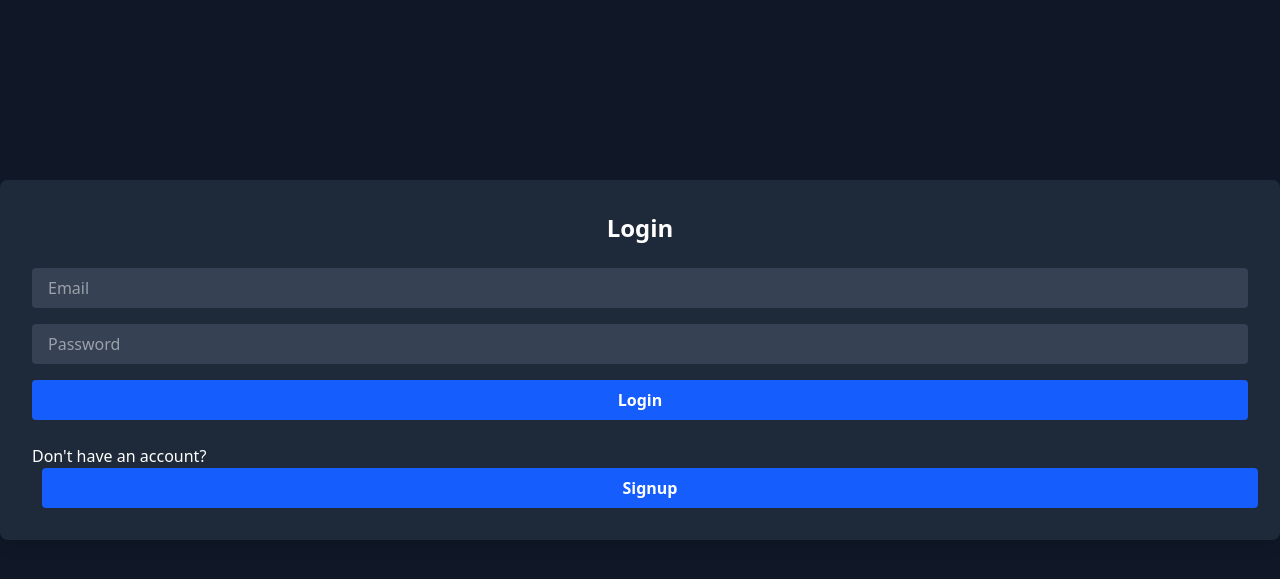
Repository: Reno-mathews/Study-Planner-MERN
Page: / (app in client/)
These files come from the project's save history. The page is drawn as it stood at one moment and after the next save; the edit follows.
The browser window is 1280 px wide. The pictures show the whole page.
The project was rebuilt for these pictures with package versions that can differ from the ones it lists, and the page was loaded fresh each time. Also part of the build but not shown: client/vite.config.js, client/src/components/TaskCard.jsx, client/src/components/TaskList.jsx, client/src/components/SearchBar.jsx, client/src/components/ProgressBar.jsx, client/src/components/AddTaskForm.jsx, client/src/components/SortDropdown.jsx.

Above is the page before, as saved 2026-01-18 15:20:11.

### client/src/App.jsx
import { useEffect, useState } from "react";
import TaskList from "./components/TaskList";
import SearchBar from "./components/SearchBar";
import ProgressBar from "./components/ProgressBar";
import AddTaskForm from "./components/AddTaskForm";
import SortDropdown from "./components/SortDropdown";
import AuthForm from "./components/AuthForm";

function App() {
  const [tasks, setTasks] = useState([]);
  const [newTask, setNewTask] = useState("");
  const [subject, setSubject] = useState("");
  const [filterSubject, setFilterSubject] = useState("All");

  const getToken = () => localStorage.getItem("token");
  const setToken = (token) => localStorage.setItem("token", token);
  const removeToken = () => localStorage.removeItem("token");

  const [email, setEmail] = useState("");
  const [password, setPassword] = useState("");
  const [isLoggedIn, setIsLoggedIn] = useState(!!localStorage.getItem("token"));

  const[isSignup, setIsSignup] = useState(false);

  const [searchQuery, setSearchQuery] = useState("");

  const [sortType, setSortType] = useState("az");

  const [loading, setLoading] = useState(false);

  useEffect(() => {
    if(isLoggedIn) {
    fetchTasks();
    }
  }, [isLoggedIn]);

  const fetchTasks = async () => {
    const token = localStorage.getItem("token");

    if (!token) return;

    try {
    setLoading(true);

    const res = await fetch("http://localhost:5000/api/tasks", {
      headers: {
        Authorization: `Bearer ${token}`,
      },
    });

    if(!res.ok) {
      if (res.status === 401) {
        setIsLoggedIn(false);
        localStorage.removeItem("token");
        return;
      }
      throw new Error("Failed to fetch tasks");
    }
    const data = await res.json();
    setTasks(Array.isArray(data) ? data: []);
  } catch(err) {
    console.error(err);
  } finally {
    setLoading(false);
  }
  };
  const addTask = async (e) => {
    e.preventDefault();

    if(!newTask || !subject) return;

    const token = localStorage.getItem("token");

    const res = await fetch("http://localhost:5000/api/tasks", {
      method: "POST",
      headers: {
        "Content-Type": "application/json",
        Authorization: `Bearer ${token}`,
      },
      body: JSON.stringify({ title: newTask, subject}),
    });

    const data = await res.json();
    setTasks([...tasks, data]);
    setNewTask("");
    setSubject("");
  };

    const toggleComplete = async (id) => {
      const token = localStorage.getItem("token");

      const res = await fetch(`http://localhost:5000/api/tasks/${id}`, {
        method:"PATCH",
        headers: {
          Authorization: `Bearer ${token}`,
        },
      });

      const updatedTask = await res.json();

      setTasks(
        tasks.map((task) =>
        task._id === id ? updatedTask : task
      )
      );
    };

    const deleteTask = async (id) => {
      const token = localStorage.getItem("token");
      await fetch(`http://localhost:5000/api/tasks/${id}`, {
        method: "DELETE",
        headers: {
          Authorization: `Bearer ${token}`,
        },
      });

      setTasks(tasks.filter((task) => task._id !== id));
    };

    const subjects = ["All", ...new Set(tasks.map((task) => task.subject))];

    const filteredTasks = tasks.filter((task) => {
      const matchesSubject =
        filterSubject === "All" || task.subject === filterSubject;

        const matchesSearch = task.title
          .toLowerCase()
          .includes(searchQuery.toLowerCase());

          return matchesSubject && matchesSearch;
});

    const sortedTasks = [...filteredTasks].sort((a, b) => {
      if(sortType === "az") {
        return a.title.localeCompare(b.title);
      } else {
        return b.title.localeCompare(a.title);
      }
    });

      const login = async (e) => {
      e.preventDefault();
      const res = await fetch("http://localhost:5000/api/auth/login", {
        method: "POST",
        headers: {
          "Content-Type": "application/json",
        },
        body: JSON.stringify({ email, password }),
      });

      const data = await res.json();

      if(data.token) {
        localStorage.setItem("token", data.token);
        setIsLoggedIn(true);
        fetchTasks();
      } else {
        alert("Login failed");
      }
    };

    const signup = async (e) => {
      e.preventDefault();

      const res = await fetch("http://localhost:5000/api/auth/register", {
        method: "POST",
        headers: {
          "Content-Type" : "application/json",
        },
        body: JSON.stringify({ email, password }),
      });

      const data = await res.json();

      if (res.ok) {
        alert("Signup successful! You can now log in.");
        setIsSignup(false);
      } else {
        alert(data.message || "Signup failed");
      }
    };

  const completedCount = filteredTasks.filter((task) => task.completed).length;
  const totalCount = filteredTasks.length;

  const progress = totalCount === 0 ? 0 : Math.round((completedCount / totalCount) * 100);

    if (!isLoggedIn) {
      return (
        <div className="min-h-screen flex items-center justify-center bg-gray-900 text-white">
          <div className="bg-gray-800 p-8 rounded-lg shadow-lg w-full space-y-6">
          <h2 className="text-2xl font-bold text-center">
            {isSignup ? "Signup" : "Login" }
          </h2>

          <form
          onSubmit={isSignup ? signup : login}
          className="space-y-4"
          >
            <input
              className="w-full px-4 py-2 rounded bg-gray-700 focus:outline-none focus:ring-2 focus:ring-blue-500"
              type="email"
              placeholder="Email"
              value={email}
              onChange={(e) => setEmail(e.target.value)}
            />

            <input
              className="w-full px-4 py-2 rounded bg-gray-700 focus:outline-none focus:ring-2 focus:ring-blue-500"
              type="password"
              placeholder="Password"
              value={password}
              onChange={(e) => setPassword(e.target.value)}
            />

            <button
              className="w-full bg-blue-600 hover:bg-blue-700 py-2 rounded font-semibold"
              type="submit"
              >
              {isSignup ? "Signup" : "Login"}
            </button>
          </form>

          <p>
            {isSignup ? "Already have an account?" : " Don't have an account?"}
            <button
              className="w-full bg-blue-600 hover:bg-blue-700 py-2 rounded font-semibold"
              onClick={() => setIsSignup(!isSignup)}
              style={{ marginLeft: "10px" }}
            >
              {isSignup ? "Login" : "Signup"}
            </button>
          </p>
        </div>
      </div>
      );
    }

  return (
    <div className="min-h-screen bg-gray-900 text-white flex flex-col items-center justify-start py-10">
      <div className="w-full max-w-md px-4 space-y-6 flex flex-col items-center">
      <h1 className="text-3xl font-bold"
      >My Study Planner</h1>

      <select
        className= "bg-gray-800 text-white px-4 py-2 rounded mb-6 focus:outline-none focus:ring-2 focus:ring-blue-500"
        value={filterSubject}
        onChange={(e) => setFilterSubject(e.target.value)}
      >
        {subjects.map((subj, index) => (
          <option key={index} value={subj}>
            {subj}
          </option>
        ))}
      </select>

      <ProgressBar progress={progress} />

      <SearchBar
        searchQuery={searchQuery}
        setSearchQuery={setSearchQuery}
      />

      {/* Sort */}

        <SortDropdown
          sortType={sortType}
          setSortType={setSortType}
        />

       <AddTaskForm
          newTask={newTask}
          setNewTask={setNewTask}
          subject={subject}
          setSubject={setSubject}
          onSubmit={addTask}
        />

      <button
        className="mb-6 bg-red-600 hover:bg-red-700 px-4 py-2 rounded font-semibold transition"
        onClick={() => {
        localStorage.removeItem("token");
        setIsLoggedIn(false);
      }}
      >

        Logout
      </button>
      <TaskList
        tasks={sortedTasks}
        onToggle={toggleComplete}
        onDelete={deleteTask}>
      </TaskList>

</div>
</div>
  );
}


export default App;

### client/src/components/AuthForm.jsx
function AuthForm ({
    isSignup,
    setIsSignUp,
    email,
    password,
    setPassword,
    onLogin,
    onSignup,
}) {
    return (
        <div className="min-h-screen flex items-center justify-center bg-gray-900 text-white">
            <div className="bg-gray-800 p-8 rounded-lg shadow-lg w-full space-y-6 max-w-md">
                <h2 className="text-2xl font-bold text-center">
                    {isSignup ? "Signup" : "Login"}
                </h2>
                    <form
                        onSubmit={isSignup ? onSignup : onLogin}
                        className="space-y-4"
                    >
                        <input
                            className="w-full px-4 py-2 rounded bg-gray-700 focus:outline-none focus:ring-2 focus:ring-blue-500"
                            type="email"
                            placeholder="email"
                            value={email}
                            onChange={(e) => setEmail(e.target.value)}
                        />

                        <input
                            className="w-full px-4 py-2 rounded bg-gray-700 focus:outline-none focus:ring-2 focus:ring-blue-500"
                            type="password"
                            placeholder="Password"
                            value={password}
                            onChange={(e) => setPassword(e.target.value)}
                        />

                        <button
                            className="W-full bg-blue-600 hover:bg-blue-700 py-2 rounded font-semibold"
                            type="submit"
                            >
                                {isSignup ? "Signup" : "Login"}
                            </button>
                        </form>
                    <p className="text-center">
                        {isSignup ? "Already have an account?" : "Don't have an account"}
                        <button
                            className="ml-2 text-blue-400 hover:underline"
                            onClick={() => setIsSignUp(!isSignup)}
                        >
                            {isSignup ? "Login" : "Signup"}
                        </button>
                    </p>
            </div>
        </div>
    );
}

export default AuthForm;

Loaded but not shown: client/index.html (common file); client/src/main.jsx (common file); client/src/index.css (common file)

After the next save:
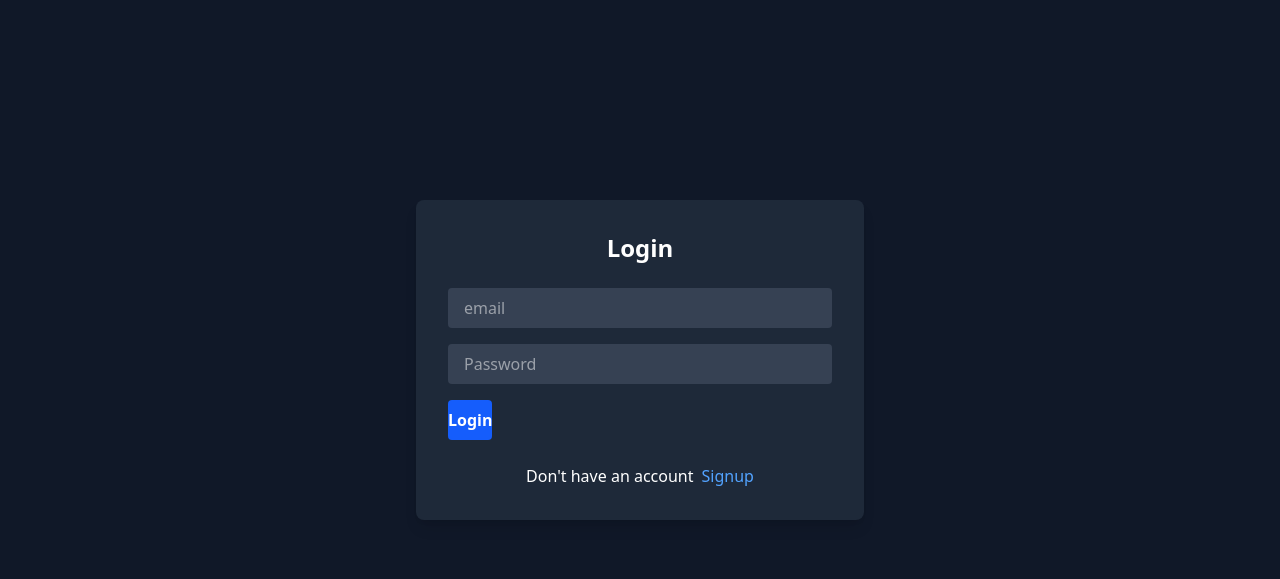
Saved 2 min 16 s later.
--- a/client/src/App.jsx
+++ b/client/src/App.jsx
@@ -185,54 +185,18 @@ function App() {
 
   const progress = totalCount === 0 ? 0 : Math.round((completedCount / totalCount) * 100);
 
-    if (!isLoggedIn) {
+    if(!isLoggedIn) {
       return (
-        <div className="min-h-screen flex items-center justify-center bg-gray-900 text-white">
-          <div className="bg-gray-800 p-8 rounded-lg shadow-lg w-full space-y-6">
-          <h2 className="text-2xl font-bold text-center">
-            {isSignup ? "Signup" : "Login" }
-          </h2>
-
-          <form
-          onSubmit={isSignup ? signup : login}
-          className="space-y-4"
-          >
-            <input
-              className="w-full px-4 py-2 rounded bg-gray-700 focus:outline-none focus:ring-2 focus:ring-blue-500"
-              type="email"
-              placeholder="Email"
-              value={email}
-              onChange={(e) => setEmail(e.target.value)}
-            />
-
-            <input
-              className="w-full px-4 py-2 rounded bg-gray-700 focus:outline-none focus:ring-2 focus:ring-blue-500"
-              type="password"
-              placeholder="Password"
-              value={password}
-              onChange={(e) => setPassword(e.target.value)}
-            />
-
-            <button
-              className="w-full bg-blue-600 hover:bg-blue-700 py-2 rounded font-semibold"
-              type="submit"
-              >
-              {isSignup ? "Signup" : "Login"}
-            </button>
-          </form>
-
-          <p>
-            {isSignup ? "Already have an account?" : " Don't have an account?"}
-            <button
-              className="w-full bg-blue-600 hover:bg-blue-700 py-2 rounded font-semibold"
-              onClick={() => setIsSignup(!isSignup)}
-              style={{ marginLeft: "10px" }}
-            >
-              {isSignup ? "Login" : "Signup"}
-            </button>
-          </p>
-        </div>
-      </div>
+        <AuthForm
+          isSignup={isSignup}
+          setIsSignUp={setIsSignup}
+          email={email}
+          setEmail={setEmail}
+          password={password}
+          setPassword={setPassword}
+          onLogin={login}
+          onSignup={signup}
+        />
       );
     }
 
